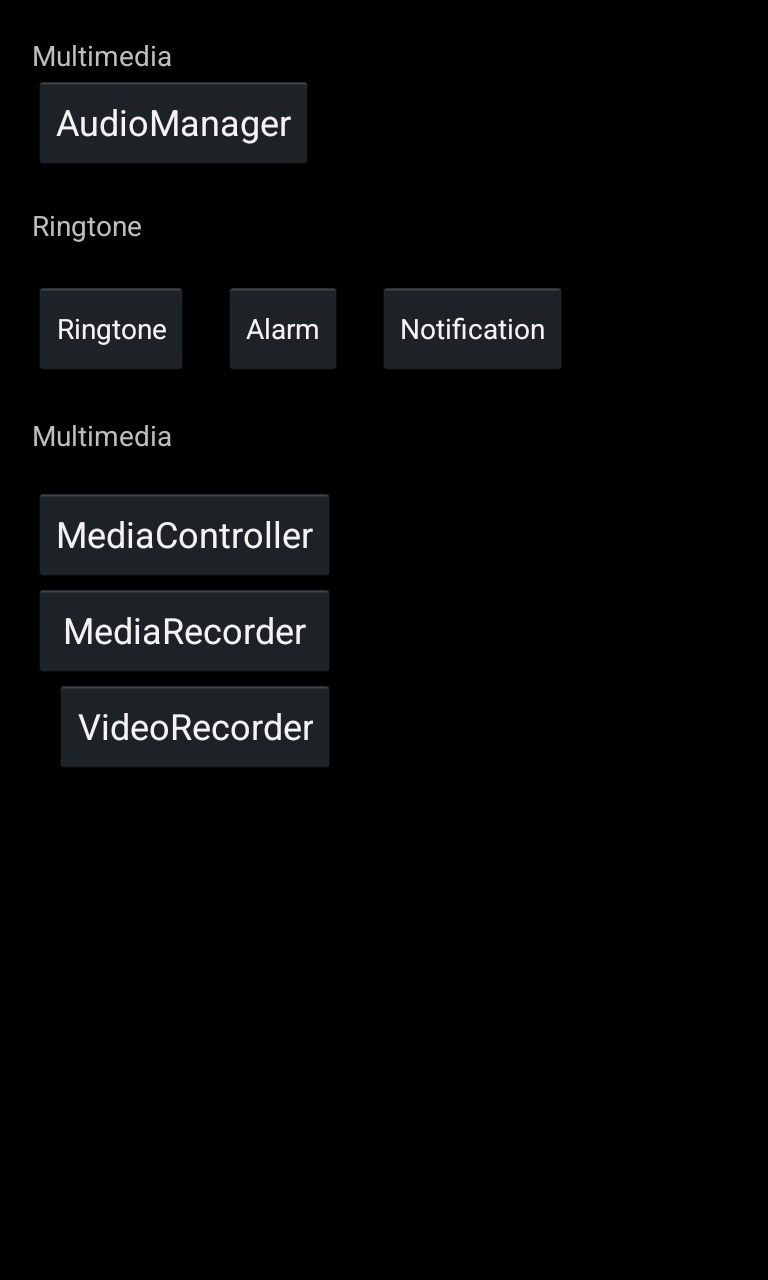
Repository: Amir13/Android_Basic_Steps
Layout: ViewElements5/res/layout/fragment_second_multimedia.xml
These files come from the project's save history. The layout is drawn as it stood at one moment and after the next save; the edit follows.
It is drawn on a 768 x 1280 px phone screen (xhdpi) without system bars, with theme android:Theme.Holo; the app's code is not run.

Above is the layout before, as saved 2014-06-15 20:02:15.

After the next save:
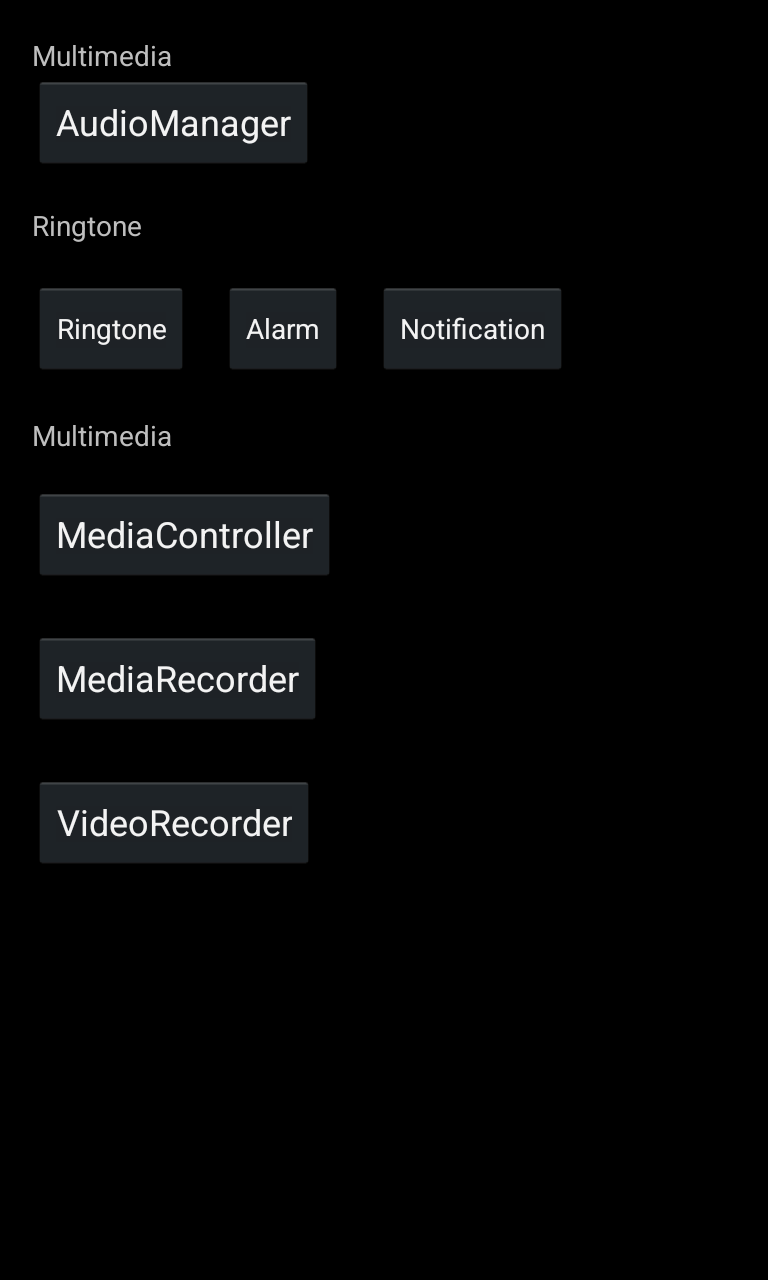
Saved 2 min 54 s later.
--- a/ViewElements5/res/layout/fragment_second_multimedia.xml
+++ b/ViewElements5/res/layout/fragment_second_multimedia.xml
@@ -85,16 +85,17 @@
         android:layout_width="wrap_content"
         android:layout_height="wrap_content"
         android:layout_alignLeft="@+id/btnVideo"
-        android:layout_alignRight="@+id/btnVideo"
         android:layout_below="@+id/btnVideo"
+        android:layout_marginTop="24dp"
         android:text="MediaRecorder" />
 
     <Button
         android:id="@+id/btnVideoRec"
         android:layout_width="wrap_content"
         android:layout_height="wrap_content"
-        android:layout_alignRight="@+id/btnMedia"
+        android:layout_alignLeft="@+id/btnMedia"
         android:layout_below="@+id/btnMedia"
+        android:layout_marginTop="24dp"
         android:text="VideoRecorder" />
 
 </RelativeLayout>
